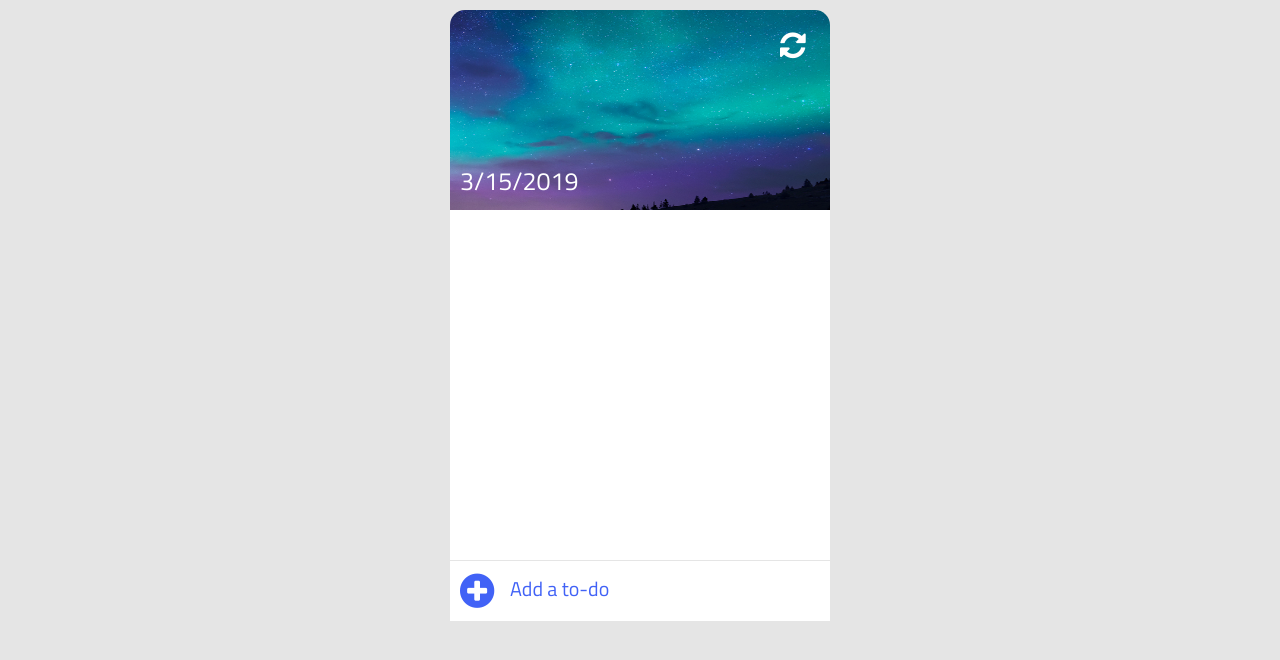
Repository: Khalidwebmail/to-do-list
Page: index.html
An editor plug-in stored every save of this project. The page is shown before and after the next save, followed by the edit.
The browser window is 1280 px wide. The pictures show the whole page.

Above is the page before, as saved 2020-01-21 20:24:03.

### index.html
<!-- CODE EXPLAINED CHANNEL -->
<!DOCTYPE html>
<html lang="en">
<head>
    <meta charset="UTF-8">
    <title>JavaScript - To Do List</title>
    <link rel="stylesheet" href="https://fonts.googleapis.com/css?family=Titillium+Web">
    <link rel="stylesheet" href="css/font-awesome.css">
    <link rel="stylesheet" href="css/style.css">
</head>
<body>
    <div class="container">
        <div class="header">
            <div class="clear">
                <i class="fa fa-refresh"></i>
            </div>
            <div id="date"></div>
        </div>
        <div class="content">
            <ul id="list">
               <!--
                <li class="item">
                    <i class="fa fa-circle-thin co" job="complete" id="0"></i>
                    <p class="text">Drink Coffee</p>
                    <i class="fa fa-trash-o de" job="delete" id="0"></i>
                </li> -->
            </ul>
        </div>
        <div class="add-to-do">
            <i class="fa fa-plus-circle"></i>
            <input type="text" id="input" placeholder="Add a to-do">
        </div>
    </div>
    <script src="js/app.js"></script>
</body>
</html>

### css/style.css
/* ------------ youtube.com/CodeExplained ------------ */
body{
    padding: 0;
    margin: 0;
    background-color: rgba(0,0,0,0.1);
    font-family: 'Titillium Web', sans-serif;
}

/* ------------ container ------------ */
.container{
    padding:10px;
    width:380px;
    margin:0 auto;
}

/* ------------ header ------------ */
.header{
    width: 380px;
    height:200px;
    background-image: url('../img/bg2.jpg');
    background-size: 100% 200%;
    background-repeat: no-repeat;
    border-radius: 15px 15px 0 0;
    position: relative;
}
.clear{
    width : 30px;
    height: 30px;
    position: absolute;
    right:20px;
    top: 20px;
}
.clear i{
    font-size: 30px;
    color: #FFF;
}
.clear i:hover{
    cursor: pointer;
    text-shadow: 1px 3px 5px #000;
    transform: rotate(45deg);
}
#date{
    position: absolute;
    bottom: 10px;
    left: 10px;
    color: #FFF;
    font-size: 25px;
    font-family: 'Titillium Web', sans-serif;
}

/* ------------ content ------------ */
.content{
    width:380px;
    height: 350px;
    max-height:350px;
    background-color: #FFF;
    overflow: auto;
}
.content::-webkit-scrollbar {
    display: none;
}
.content ul{
    padding:0;
    margin:0;
}
.item{
    width:380px;
    height: 45px;
    min-height: 45px;
    position: relative;
    border-bottom: 1px solid rgba(0,0,0,0.1);
    list-style: none;
    padding: 0;
    margin: 0;
}
.item i.co{
    position: absolute;
    font-size: 25px;
    padding-left:5px;
    left:15px;
    top:10px;
}
.item i.co:hover{
    cursor: pointer;
}
.fa-check-circle{
    color:#6eb200;
}
.item p.text{
    position: absolute;
    padding:0;
    margin:0;
    font-size: 20px;
    left:50px;
    top:5px;
    background-color: #FFF;
    max-width:285px;
}
.lineThrough{
    text-decoration: line-through;
    color : #ccc;
}
.item i.de{
    position: absolute;
    font-size: 25px;
    right:15px;
    top:10px;
}
.item i.de:hover{
    color:#af0000;
    cursor: pointer;
}
/* ------------ add item ------------ */
.add-to-do{
    position: relative;
    width: 360px;
    height:40px;
    background-color: #FFF;
    padding: 10px;
    border-top: 1px solid rgba(0,0,0,0.1);
}
.add-to-do i{
    position: absolute;
    font-size: 40px;
    color: #4162f6;
}

.add-to-do input{
    position: absolute;
    left: 50px;
    height: 35px;
    width: 310px;
    background-color: transparent;
    border: none;
    font-size: 20px;
    padding-left:10px;
}
.add-to-do input::-webkit-input-placeholder { /* Chrome/Opera/Safari */
    color: #4162f6;
    font-family: 'Titillium Web', sans-serif;
    font-size: 20px;
}
.add-to-do input::-moz-placeholder { /* Firefox 19+ */
    color: #4162f6;
    font-family: 'Titillium Web', sans-serif;
    font-size: 20px;
}
.add-to-do input:-ms-input-placeholder { /* IE 10+ */
    color: #4162f6;
    font-family: 'Titillium Web', sans-serif;
    font-size: 20px;
}
.add-to-do input:-moz-placeholder { /* Firefox 18- */
    color: #4162f6;
    font-family: 'Titillium Web', sans-serif;
    font-size: 20px;
}

### js/app.js
/**
 * Select element
 */

 const clear = document.getElementById("clear");
 const dateElement = document.getElementById("date");
 const list = document.getElementById("list");
 const input = document.getElementById("input");

 /**
  * Class name
  */
 const CHECK = "fa-check-circle";
 const UNCHECK = "fa-check-thin";
 const LINE_THROUGH = "lineThrough";

 /**
  * Show todays date
  */
 const today = new Date();
 dateElement.innerHTML = today.toLocaleDateString("en");

Loaded but not shown: css/font-awesome.css (library)

After the next save:
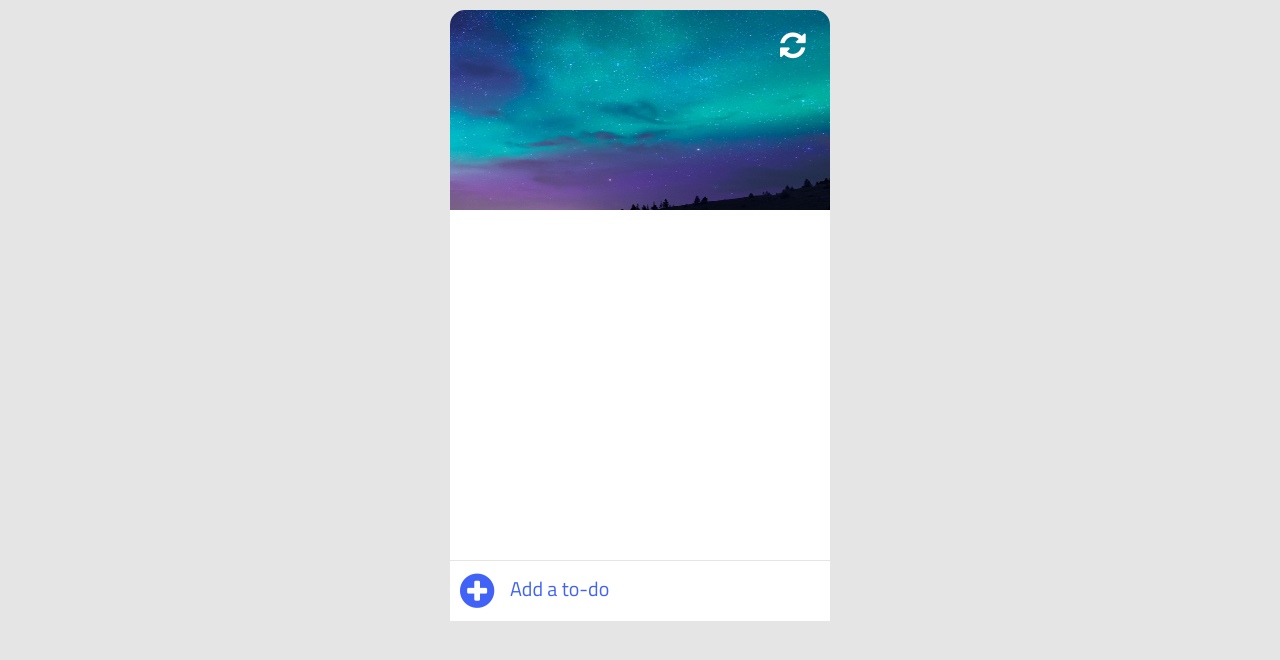
Console error: ReferenceError: Options is not defined
Saved 36 s later.
--- a/js/app.js
+++ b/js/app.js
@@ -18,4 +18,4 @@
   * Show todays date
   */
  const today = new Date();
- dateElement.innerHTML = today.toLocaleDateString("en");
+ dateElement.innerHTML = today.toLocaleDateString("en-US", Options);

After the 3 saves that followed:
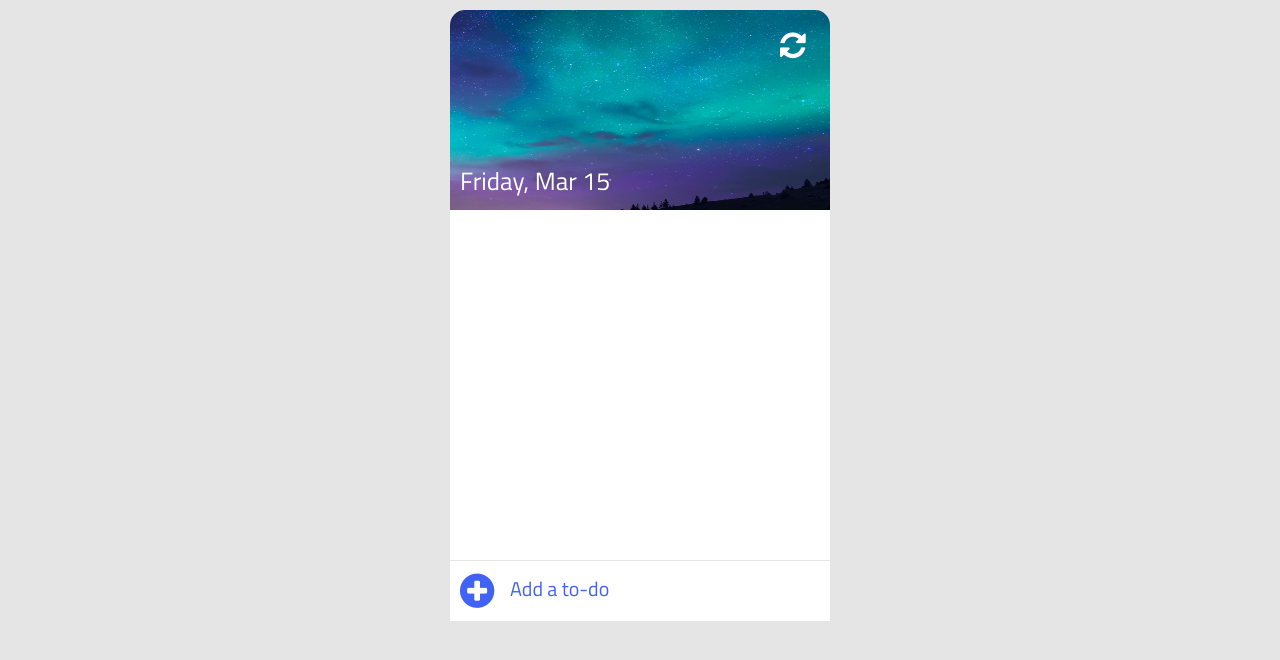
The error is gone.
The 3 saves are shown as one change because 1 left the picture as it was and some came seconds apart.
The last was saved 2 min 10 s later.
--- a/js/app.js
+++ b/js/app.js
@@ -17,5 +17,6 @@
  /**
   * Show todays date
   */
+ const options = {weekday : "long", month : "short", day : "numeric"};
  const today = new Date();
- dateElement.innerHTML = today.toLocaleDateString("en-US", Options);
+ dateElement.innerHTML = today.toLocaleDateString("en-US", options);
